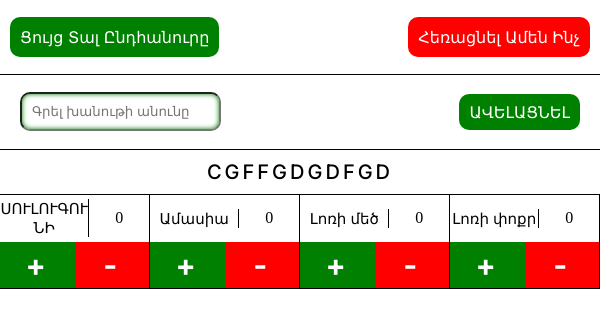
Repository: AbApin/amasia
Page: /
An editor plug-in stored every save of this project. The page is shown before and after the next save, followed by the edit.
The browser window is 600 px wide. The pictures show the whole page.
The project was rebuilt for these pictures with package versions that can differ from the ones it lists, and the page was loaded fresh each time. Also part of the build but not shown: vue.config.js.

Above is the page before, as saved 2023-02-03 11:49:57.

### public/index.html
<!DOCTYPE html>
<html lang="">
  <head>
    <meta charset="utf-8" />
    <meta http-equiv="X-UA-Compatible" content="IE=edge" />
    <meta name="viewport" content="width=device-width,initial-scale=1.0" />
    <link rel="icon" href="<%= BASE_URL %>favicon.ico" />
    <title><%= htmlWebpackPlugin.options.title %></title>
    <link
      href="https://fonts.googleapis.com/css?family=Inter:100,200,300,regular,500,600,700,800,900"
      rel="stylesheet"
    />
  </head>
  <body>
    <noscript>
      <strong
        >We're sorry but <%= htmlWebpackPlugin.options.title %> doesn't work properly without
        JavaScript enabled. Please enable it to continue.</strong
      >
    </noscript>
    <div id="app"></div>
    <!-- built files will be auto injected -->
  </body>
</html>

### src/main.js
import Vue from 'vue';
import App from './App.vue';
import store from './store';
store.subscribe((mutation, state) => {
  localStorage.setItem('xanutner', JSON.stringify(state.xanutner));
  localStorage.setItem('datarkXanutner', JSON.stringify(state.isEmpty));
});
Vue.config.productionTip = false;

new Vue({
  store,
  render: (h) => h(App),
}).$mount('#app');

### src/App.vue
<template>
  <div id="app">
    <div class="header">
      <div class="avelacnelXanut">
        <input type="text" class="avelacnelInput" placeholder="Գրել խանութի անունը">
        <button class="avelacnelBtn">Ավելացնել</button>
      </div>
      <div class="cuycTal">
        <button class="cuycTalBtn" @click="isClick = true">ցույց տալ ընդհանուրը</button>
        <button class="heracnelBtn" @click="REMOVEALL">հեռացնել ամեն ինչ</button>
      </div>
      <div v-show="isClick" class="endhanurQanak">
        <button @click="isClick = false" class="closeBtn">X</button>
        <div class="endhanurQanakInner" :class="!ISEMPTY ? 'ovAuto' : ''">
          <p v-if="ISEMPTY" class="noProducts">Ոչ մի ապրանք</p>
          <ul class="endhanurQanakiList">
            <li
              v-for="xanutiAnun in Object.keys(ZAKAZNER)"
              :key="xanutiAnun"
              class="endhanurQanakiListItem"
            >
              <p class="endhanurQanakiListItemXanutiAnun">{{ xanutiAnun }}</p>
              <ul class="endhanurApranqneriList">
                <li
                  v-for="endhanurApranq in ZAKAZNER[xanutiAnun]"
                  :key="endhanurApranq.anun"
                  class="endhanurApranqneriListItem"
                >
                  <p class="endhanurApranqneriListItemAnun">{{ endhanurApranq.anun }}</p>
                  <p class="endhanurApranqneriListItemQanak">{{ endhanurApranq.qanak }}</p>
                </li>
              </ul>
            </li>
          </ul>
        </div>
      </div>
    </div>
    <div class="content">
      <ul class="contentList">
        <li v-for="xanutiAnun in Object.keys(XANUTNER)" :key="xanutiAnun" class="contentItem">
          <p class="xanutiAnun">{{ xanutiAnun }}</p>
          <ul class="apranqneriList">
            <li
              v-for="(apranq, apranqiHamar) in XANUTNER[xanutiAnun]"
              :key="apranqiHamar"
              class="apranqneriListItem"
            >
              <div class="apranqiText">
                <p class="apranqiAnun">{{ apranq.anun }}</p>
                <p class="apranqiQanak">{{ apranq.qanak }}</p>
              </div>
              <div class="apranqiAvelPakas">
                <button class="plus apranqiBtn" @click="AVELACNEL({ xanutiAnun, apranqiHamar })">
                  +
                </button>
                <button class="minus apranqiBtn" @click="PAKASACNEL({ xanutiAnun, apranqiHamar })">
                  -
                </button>
              </div>
            </li>
          </ul>
        </li>
      </ul>
    </div>
  </div>
</template>

<script>
import { mapGetters, mapMutations } from 'vuex';
export default {
  name: 'App',
  components: {},
  data() {
    return {
      isClick: false,
    };
  },
  beforeMount() {
    this.INITIAL();
  },
  methods: {
    ...mapMutations(['AVELACNEL', 'PAKASACNEL', 'INITIAL', 'REMOVEALL']),
  },
  computed: {
    ...mapGetters(['XANUTNER', 'ZAKAZNER', 'ISEMPTY']),
  },
};
</script>

<style>
@import './app.css';
</style>

### src/store/index.js
import Vuex from 'vuex';
import Vue from 'vue';

Vue.use(Vuex);

const store = new Vuex.Store({
  state: {
    xanutner: {
      cgffgdgdfgd: [
        { anun: 'ՍՈՒԼՈՒԳՈՒՆԻ', qanak: 0 },
        { anun: 'Ամասիա', qanak: 0 },
        { anun: 'Լոռի մեծ', qanak: 0 },
        { anun: 'Լոռի փոքր', qanak: 0 },
        { anun: 'Լոռի վակուում', qanak: 0 },
        { anun: 'Ոչխարի Պանիր', qanak: 0 },
        { anun: 'Չանախ', qanak: 0 },
        { anun: 'Չանախ էժան', qanak: 0 },
        { anun: 'Չեչիլ սպիտակ մատ', qanak: 0 },
        { anun: 'Չեչիլ սպիտակ կծիկ', qanak: 0 },
        { anun: 'Չեչիլ ապխտած մատ', qanak: 0 },
        { anun: 'Չեչիլապխտած կծիկ', qanak: 0 },
        { anun: 'Հոլանդական', qanak: 0 },
        { anun: 'Գունավոր Թել', qanak: 0 },
        { anun: 'ԿԱՐԱԳ', qanak: 0 },
      ],
    },
    isEmpty: true,
  },
  mutations: {
    AVELACNEL(state, payload) {
      state.xanutner[payload.xanutiAnun][payload.apranqiHamar].qanak += 1;
    },
    PAKASACNEL(state, payload) {
      let qanak = state.xanutner[payload.xanutiAnun][payload.apranqiHamar].qanak;
      if (qanak >= 1) {
        state.xanutner[payload.xanutiAnun][payload.apranqiHamar].qanak -= 1;
      }
      console.log(state.$getters.ZAKAZNER);
    },
    INITIAL(state) {
      if (localStorage.getItem('xanutner')) {
        state.xanutner = JSON.parse(localStorage.xanutner);
      } else if (localStorage.getItem('datarkXanutner')) {
        state.isEmpty = JSON.parse(localStorage.datarkXanutner);
      }
    },
    REMOVEALL(state) {
      Object.keys(state.xanutner).forEach((xanut) => {
        state.xanutner[xanut].map((el) => {
          el.qanak = 0;
        });
      });
      state.isEmpty = true;
    },
  },
  getters: {
    XANUTNER(state) {
      localStorage.setItem('key', JSON.stringify(state));
      return state.xanutner;
    },
    ZAKAZNER(state) {
      let zakazner = {};
      Object.keys(state.xanutner).forEach((xanut) => {
        zakazner[xanut] = state.xanutner[xanut].filter(function (el) {
          return el.qanak > 0;
        });
        if (zakazner[xanut].length === 0) {
          delete zakazner[xanut];
        }
      });
      Object.keys(zakazner).forEach((zakaz) => {
        if (zakazner[zakaz].length === 0) {
          state.isEmpty = true;
        } else {
          state.isEmpty = false;
        }
      });

      return zakazner;
    },
    ISEMPTY(state) {
      return state.isEmpty;
    },
  },
});

export default store;

### src/app.css
*,
*::after,
*::before {
  margin: 0;
  padding: 0;
  box-sizing: border-box;
}
ul {
  list-style: none;
}
#app {
  display: flex;
  flex-direction: column;
  min-height: 100vh;
}
.header {
  display: flex;
  justify-content: space-between;
  width: 100%;
  height: 100px;
  border-bottom: 1px solid #000;
}
.avelacnelXanut {
  display: flex;
  justify-content: space-between;
  width: 50%;
  gap: 20px;
  align-items: center;
}
.avelacnelBtn {
  font-family: 'Inter';
  font-size: 16px;
  line-height: 1;
  text-transform: uppercase;
  border: none;
  padding: 10px;
  background: green;
  color: #fff;
  border-radius: 10px;
}
.avelacnelInput {
  padding: 10px;
  border-radius: 10px;
  outline: none;
  box-shadow: inset 0 0 5px green;
}
.contentList {
  display: flex;
  flex-direction: column;
}
.contentItem {
  display: flex;
  flex-direction: column;
  justify-content: space-between;
}
.xanutiAnun {
  display: flex;
  align-items: center;
  justify-content: center;
  width: 100%;
  font-family: 'Inter';
  font-size: 20px;
  font-weight: 500;
  letter-spacing: 3px;
  word-wrap: break-word;
  padding: 10px;
  border: 1px solid #000;
  border-top: 0;
  border-left: 0;
  border-right: 0;
  text-transform: uppercase;
}
.apranqneriList {
  width: 100%;
  display: flex;
  justify-content: space-between;
}
.apranqneriListItem {
  display: flex;
  flex-direction: column;
  flex: 1 1 0;
  border: 1px solid #000;
  border-top: 0;
  border-left: 0;
}
.apranqiText {
  display: flex;
  justify-content: space-between;
  align-items: center;
  height: 50%;
}
.apranqiAnun {
  font-family: 'Inter';
  font-size: 15px;
  font-weight: 500;
  word-wrap: break-word;
  text-align: center;
  width: 60%;
  border-right: 1px solid #000;
}
.apranqiQanak {
  display: flex;
  justify-content: center;
  align-items: center;
  width: 40%;
}
.apranqiAvelPakas {
  display: flex;
  justify-content: space-between;
  width: 100%;
  height: 50%;
}
.apranqiBtn {
  display: inline-flex;
  justify-content: center;
  align-items: center;
  font-family: 'Inter';
  font-size: 30px;
  font-weight: 700;
  letter-spacing: 3px;
  border: none;
  color: #fff;
  width: 50%;
  cursor: pointer;
}
.plus {
  background: green;
}
.minus {
  background: red;
}
.cuycTal {
  width: 50%;
  display: flex;
  align-items: center;
  justify-content: space-between;
  gap: 10px;
  padding: 15px;
  border-left: 1px solid #000;
}
.heracnelBtn,
.cuycTalBtn {
  display: inline-block;
  font-family: 'Inter';
  font-size: 16px;
  padding: 10px;
  border-radius: 10px;
  border: none;
  color: #fff;
  text-transform: capitalize;
  cursor: pointer;
  transition: all 0.3s linear;
}
.heracnelBtn {
  background: red;
}
.cuycTalBtn {
  background: green;
}

/* endahnur */
.endhanurQanak {
  display: flex;
  justify-content: center;
  align-items: center;
  position: fixed;
  z-index: 999;
  top: 0;
  left: 0;
  width: 100%;
  height: 100%;
  background-color: rgba(0, 0, 0, 0.7);
}
.endhanurQanakInner {
  width: 90%;
  height: 90%;
  background: #fff;
  box-shadow: 0 0 10px #fff;
  border-radius: 20px;
}
.ovAuto {
  overflow: auto;
}
.endhanurQanakiList {
  display: flex;
  flex-direction: column;
  justify-content: space-between;
  height: 100%;
}
.endhanurQanakiListItem {
  display: flex;
  align-items: center;
  flex: 1 1 0;
  border-bottom: 1px solid #000;
}
.endhanurQanakiListItem:last-child {
  border-bottom: none;
}
.endhanurQanakiListItemXanutiAnun {
  border-right: 1px solid #000;
  width: 10%;
  display: flex;
  align-items: center;
  justify-content: center;
  height: 100%;
  font-family: 'Inter';
  font-size: 18px;
  letter-spacing: 1px;
  text-transform: capitalize;
}
.endhanurApranqneriList {
  height: 100%;
  width: 90%;
  display: flex;
  flex-direction: column;
  justify-content: space-between;
  overflow: auto;
}
.endhanurApranqneriListItem {
  display: flex;
  gap: 10px;
  flex: 1 1 0;
  align-items: center;
  justify-content: flex-start;
  padding: 10px;
  border-bottom: 1px solid #000;
}
.endhanurApranqneriListItem:last-child {
  border-bottom: none;
}
.endhanurApranqneriListItemQanak {
  color: red;
  font-size: 25px;
  font-family: 'Inter';
  font-weight: 700;
}
.endhanurApranqneriListItemAnun {
  font-weight: bold;
  font-size: 20px;
}
.noProducts {
  display: flex;
  justify-content: center;
  align-items: center;
  font-size: 2rem;
  font-family: 'Inter';
  font-style: italic;
  font-weight: 700;
  width: 100%;
  height: 100%;
  padding: 20px;
}
.closeBtn {
  display: inline-block;
  color: #fff;
  font-size: 25px;
  position: absolute;
  right: 15px;
  top: 5px;
  background: transparent;
  border: none;
  cursor: pointer;
}

@media screen and (max-width: 767px) {
  .header {
    flex-direction: column-reverse;
    height: 150px;
  }
  .avelacnelXanut {
    padding: 20px;
    height: 50%;
    width: 100%;
  }
  .cuycTal {
    width: 100%;
    height: 50%;
    gap: 5px;
    padding: 10px;
    border: 0;
    border-bottom: 1px solid #000;
  }
  .apranqneriList {
    overflow: auto;
  }
  .apranqneriListItem {
    min-width: 150px;
  }
  .endhanurQanakiListItemXanutiAnun {
    width: 50%;
    letter-spacing: 0;
    font-size: 16px;
    padding: 5px;
  }
}

After the next save:
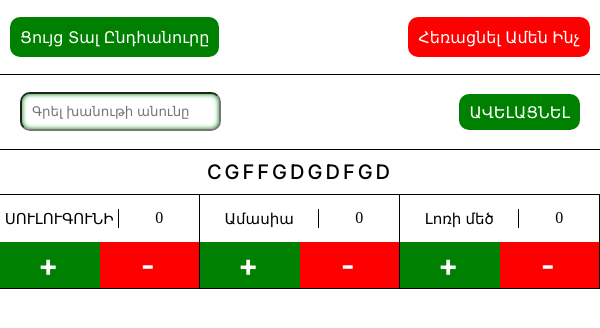
Saved 65 s later.
--- a/src/app.css
+++ b/src/app.css
@@ -284,7 +284,7 @@ ul {
     overflow: auto;
   }
   .apranqneriListItem {
-    min-width: 150px;
+    min-width: 200px;
   }
   .endhanurQanakiListItemXanutiAnun {
     width: 50%;
